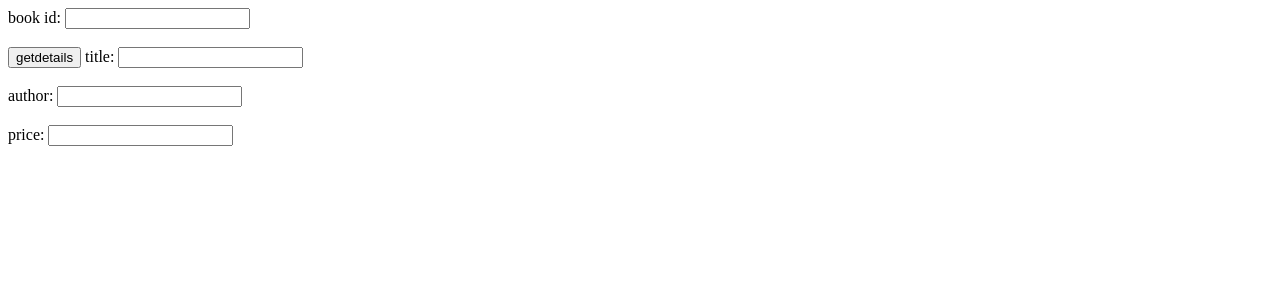
Repository: Saikumar6901/DBSTrainingModules
Page: http://localhost/Bookmanagement/updatefile.jsp
These files come from the project's save history. The page is drawn as it stood at one moment and after the next save; the edit follows.
The browser window is 1280 px wide. The pictures show the whole page.
The page is served by Tomcat 9.

Above is the page before, as saved 2019-08-12 14:18:20.

After the next save:
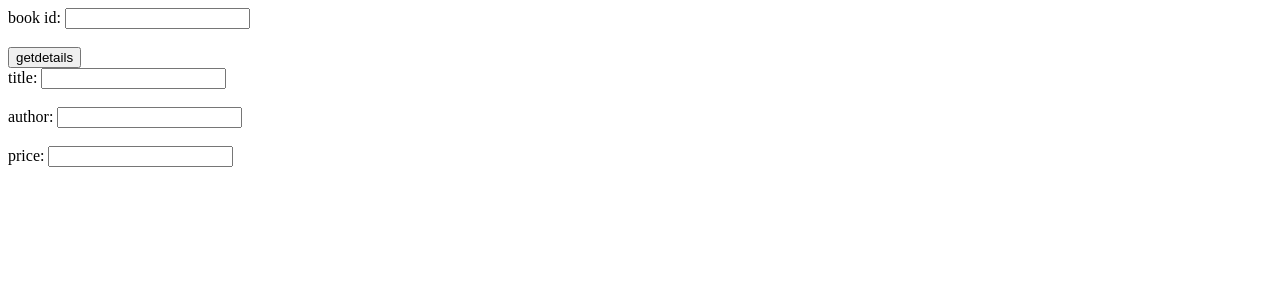
Saved 26 s later.
--- a/eclipse/Bookmanagement/WebContent/updatefile.jsp
+++ b/eclipse/Bookmanagement/WebContent/updatefile.jsp
@@ -7,9 +7,10 @@
 <title>Insert title here</title>
 </head>
 <body>
-
+<form action="">
 book id: <input type="text" name="bookid"><br></br>
 <input type="submit" value="getdetails">
+</form>
  title: <input type="text" name="title"><br></br>
  author: <input type="text" name="author"><br></br>
  price: <input type="text" name="price"><br></br>
